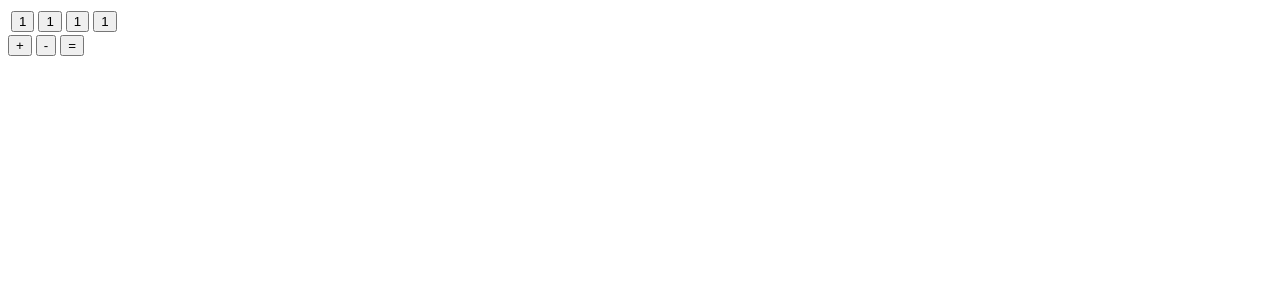
Repository: water-case/Servlet_JSP_JSPMVC
Page: workspace/JSPPrj/src/main/webapp/calc3.html
The author's editor kept a copy of each file at every save. The page is drawn from the files as they stood at one save, then again after the next save.
The browser window is 1280 px wide. The pictures show the whole page.

Above is the page before, as saved 2021-08-26 03:48:24.

### workspace/JSPPrj/src/main/webapp/calc3.html
<!DOCTYPE html>
<html>
<head>
<meta charset="UTF-8">
<title>Insert title here</title>
</head>
<body>
	<div>
		<form action="calc3" method="post">
			<table>
				<tr>
					<td><input type="submit" name="operator" value="1" /></td>
					<td><input type="submit" name="operator" value="1" /></td>
					<td><input type="submit" name="operator" value="1" /></td>
					<td><input type="submit" name="operator" value="1" /></td>
				</tr>
			</table>
			<div>
				<input type="submit" name="operator" value="+" />
				<input type="submit" name="operator" value="-" />
				<input type="submit" name="operator" value="=" />
			</div>
		</form>
	</div>
</body>
</html>

After the next save:
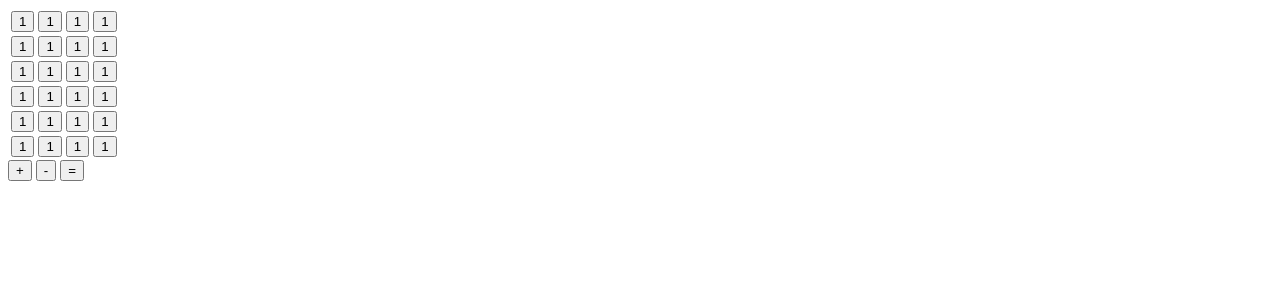
Saved 12 s later.
--- a/workspace/JSPPrj/src/main/webapp/calc3.html
+++ b/workspace/JSPPrj/src/main/webapp/calc3.html
@@ -14,6 +14,36 @@
 					<td><input type="submit" name="operator" value="1" /></td>
 					<td><input type="submit" name="operator" value="1" /></td>
 				</tr>
+				<tr>
+					<td><input type="submit" name="operator" value="1" /></td>
+					<td><input type="submit" name="operator" value="1" /></td>
+					<td><input type="submit" name="operator" value="1" /></td>
+					<td><input type="submit" name="operator" value="1" /></td>
+				</tr>
+				<tr>
+					<td><input type="submit" name="operator" value="1" /></td>
+					<td><input type="submit" name="operator" value="1" /></td>
+					<td><input type="submit" name="operator" value="1" /></td>
+					<td><input type="submit" name="operator" value="1" /></td>
+				</tr>
+				<tr>
+					<td><input type="submit" name="operator" value="1" /></td>
+					<td><input type="submit" name="operator" value="1" /></td>
+					<td><input type="submit" name="operator" value="1" /></td>
+					<td><input type="submit" name="operator" value="1" /></td>
+				</tr>
+				<tr>
+					<td><input type="submit" name="operator" value="1" /></td>
+					<td><input type="submit" name="operator" value="1" /></td>
+					<td><input type="submit" name="operator" value="1" /></td>
+					<td><input type="submit" name="operator" value="1" /></td>
+				</tr>
+				<tr>
+					<td><input type="submit" name="operator" value="1" /></td>
+					<td><input type="submit" name="operator" value="1" /></td>
+					<td><input type="submit" name="operator" value="1" /></td>
+					<td><input type="submit" name="operator" value="1" /></td>
+				</tr>
 			</table>
 			<div>
 				<input type="submit" name="operator" value="+" />
